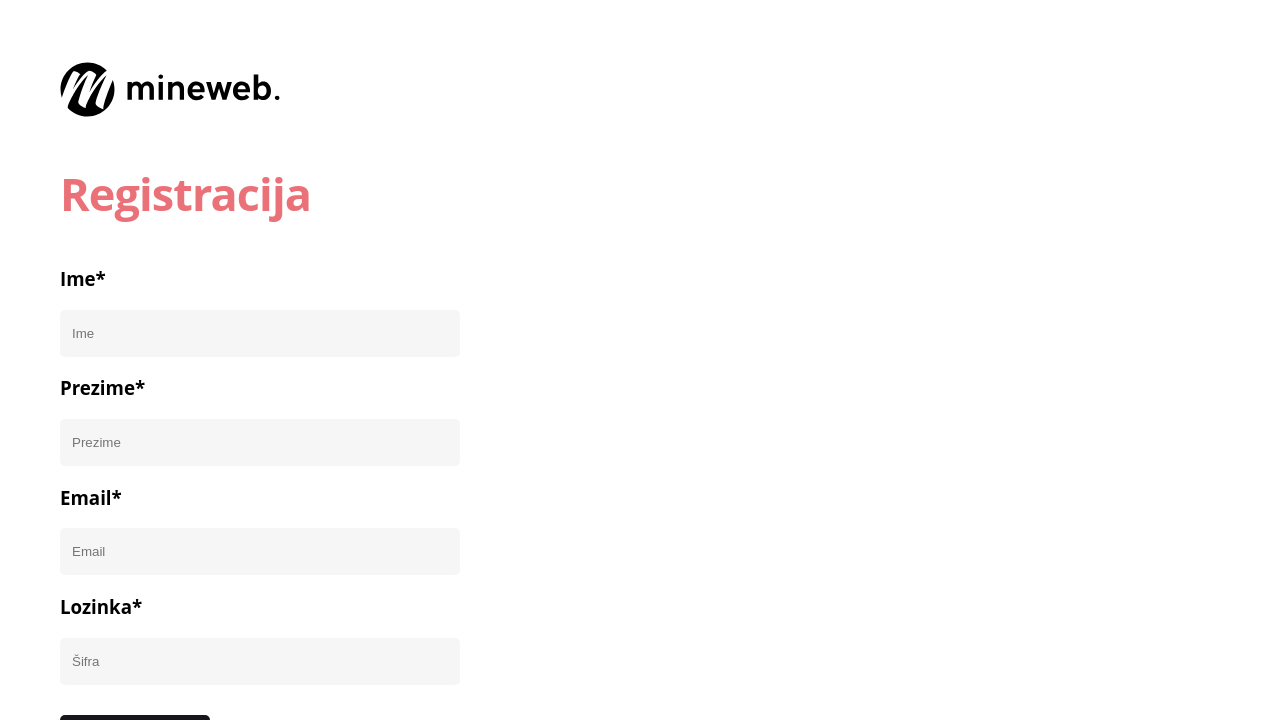
Repository: mihailomitrovic/taskmanager
Page: http://localhost/stranice/registracija.php
The author's editor kept a copy of each file at every save. The page is drawn from the files as they stood at one save, then again after the next save.
The browser window is 1280 px wide. The pictures show the whole page.
An inner scrolling area shows only its first screen. The page is run by PHP 8.4 with error messages shown; the project is at /var/www/html/.

Above is the page before, as saved 2023-04-28 19:40:59.

After the next save:
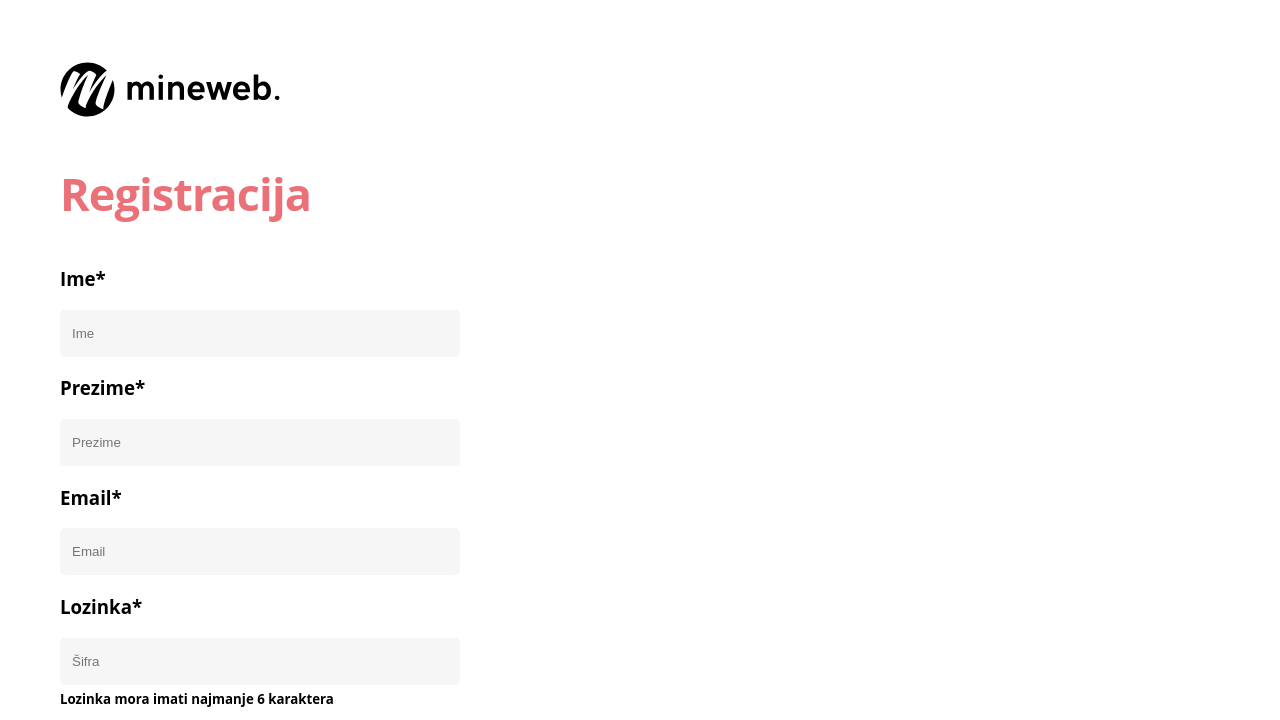
Saved 51 s later.
--- a/stranice/registracija.php
+++ b/stranice/registracija.php
@@ -61,6 +61,11 @@
                 <h5 class="crvena">Unesi lozinku</h5>
             </div>
 
+            <div id="kratkalozinka" >
+                <h5 class="crvena">Lozinka mora imati najmanje 6 karaktera</h5>
+            </div>
+
+
             <div class="buttoncontainerreg">
                 <button class="button2b" name="button2b" type="submit" onclick="predajKorisnika();">Registruj se</button>
             </div>
@@ -117,6 +122,7 @@
       }
 
       if(lozinka.value.length < 6) {
+        kratkalozinka.classList.toggle('promeni', !lozinka.validity.valid);
         event.preventDefault();
       }
 
